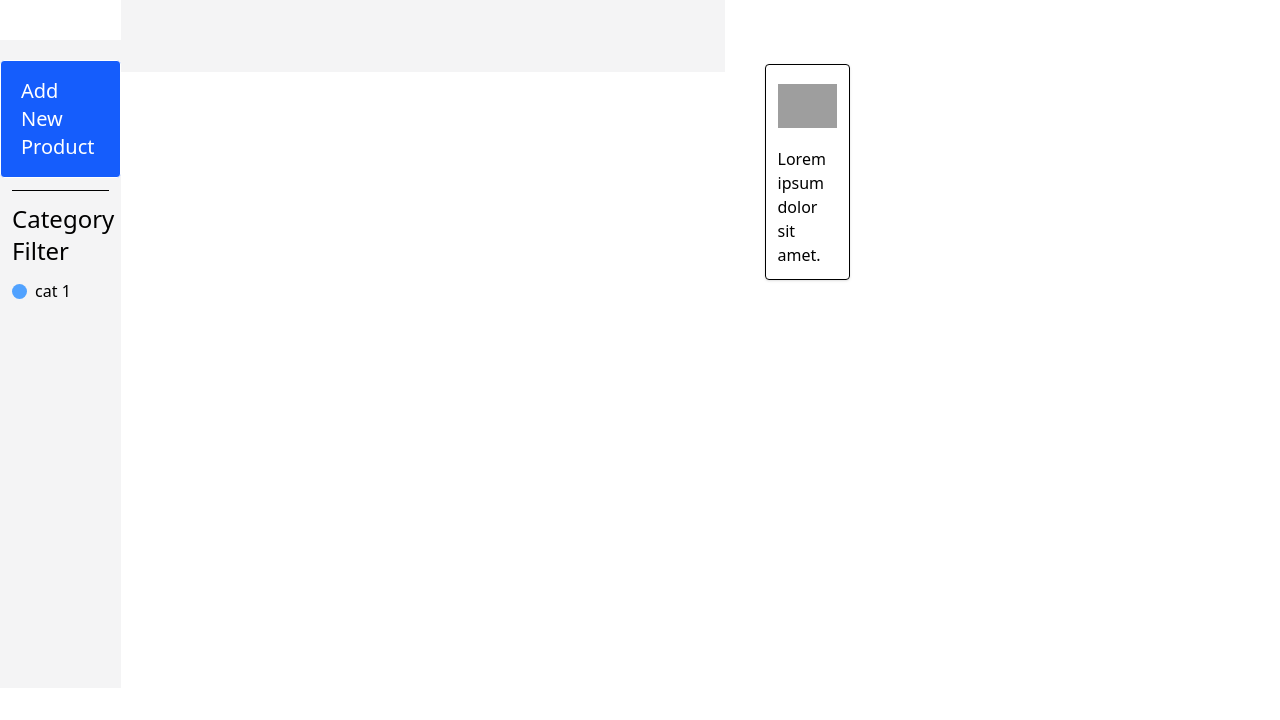
Repository: Habeebur1493/project
Page: /Home
An editor plug-in stored every save of this project. The page is shown before and after the next save, followed by the edit.
The browser window is 1280 px wide. The pictures show the whole page.
Pictures or frames that could not be fetched are drawn as grey boxes. The project was rebuilt for these pictures with package versions that can differ from the ones it lists, and the page was loaded fresh each time. Also part of the build but not shown: vite.config.js, src/Components/Login.jsx, src/Components/Details.jsx.

Above is the page before, as saved 2025-01-31 11:44:33.

After the next save:
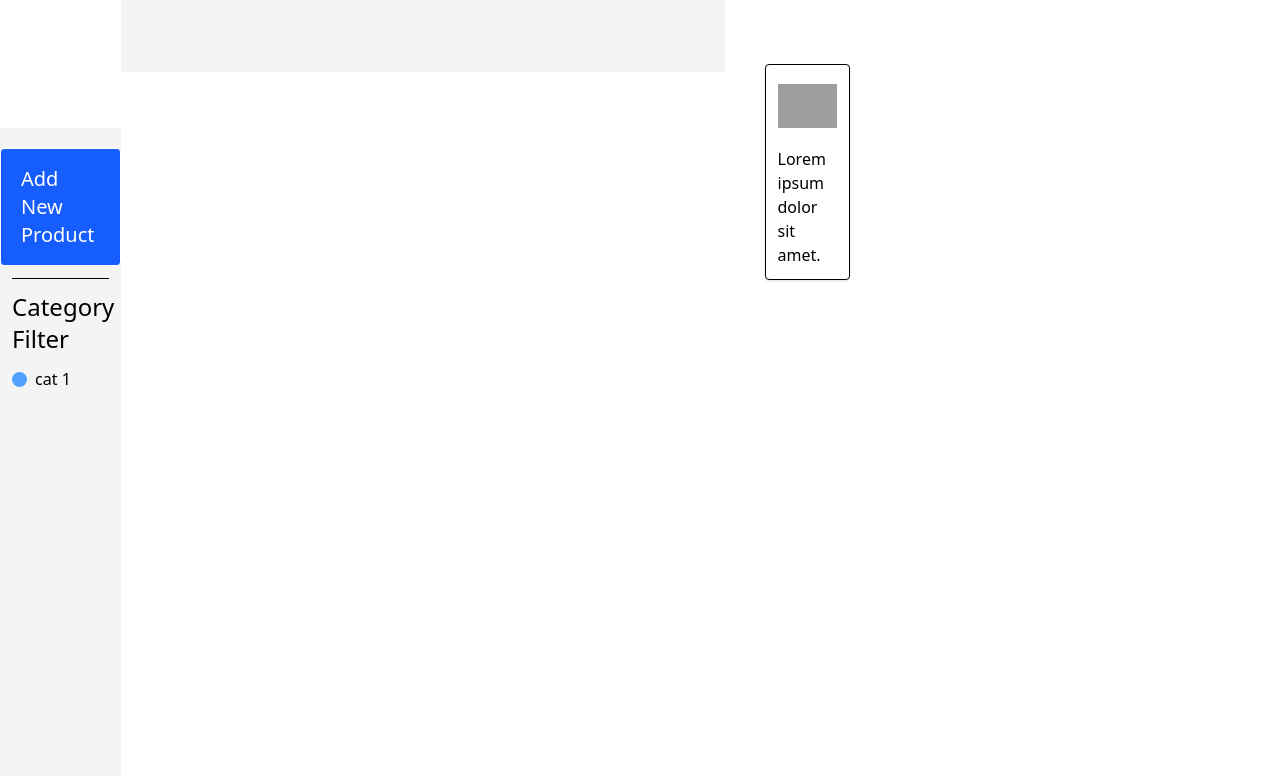
Saved 10 s later.
--- a/src/Components/Nav.jsx
+++ b/src/Components/Nav.jsx
@@ -3,7 +3,7 @@ import React from "react";
 const Nav = () => {
   return (
     <>
-      <nav className="w-[20%] h-[90%] mt-10 bg-zinc-100 flex flex-col items-center pt-5">
+      <nav className="w-[20%] h-[90%] mt-[10%] bg-zinc-100 flex flex-col items-center pt-5">
         <a
           className="py-4 px-5 border rounded text-white text-xl bg-blue-600"
           href="/create"
